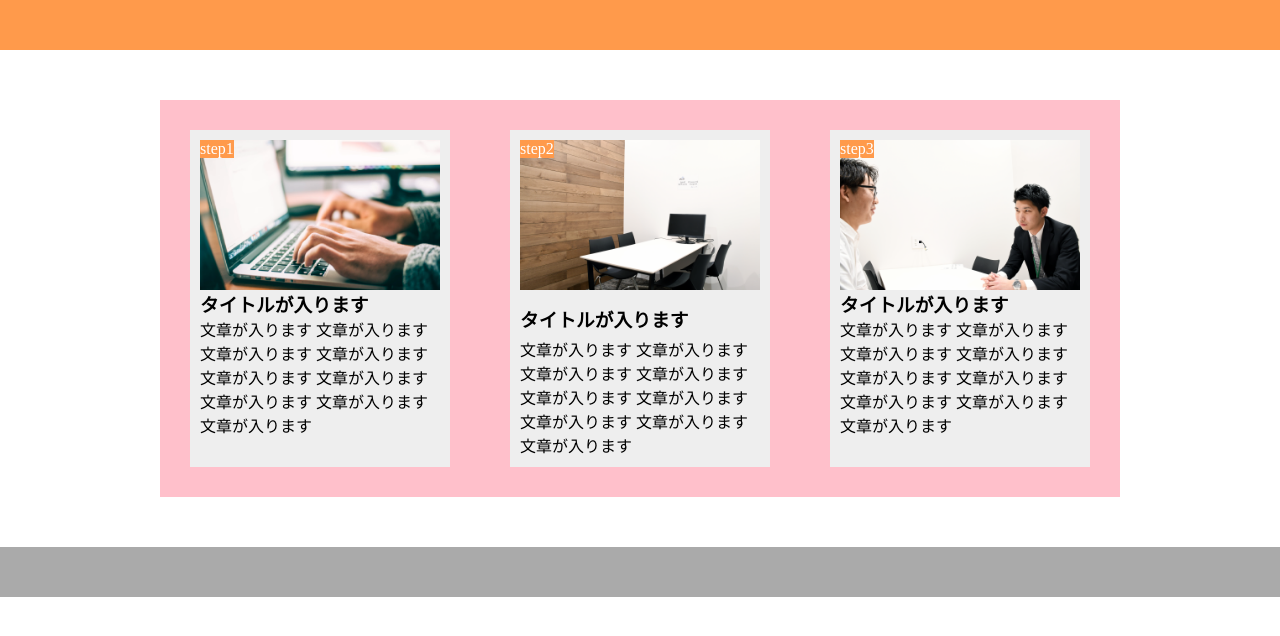
Repository: shizuki-okuma/dmm-webcamp
Page: chapter9_exercise/chapter9_exercise.html
The author's editor kept a record of every edit. The page is drawn from the files as they stood at one moment, then again after the next edit.
The browser window is 1280 px wide. The pictures show the whole page.

Above is the page before.

### chapter9_exercise/chapter9_exercise.html
<!DOCTYPE html>
<html lang="ja">
  <head>
    <meta charset="UTF-8" />
    <!-- CSSファイルの読み込み -->
    <link rel="stylesheet" href="style9.css" />
    <title>chapter9_exercise</title>
  </head>

  <body>
    <div class="header"></div>
    <div class="main-visual">
      <div class="main-box1">
        <span class="icon">step1</span>
        <div class="image1"></div>
        <h3>タイトルが入ります</h3>
        <p>文章が入ります 文章が入ります 文章が入ります 文章が入ります 文章が入ります 文章が入ります 文章が入ります 文章が入ります 文章が入ります</p>
      </div>

      <div class="main-box2">
        <span class="icon">step2</span>
        <div class="image2"></div>
        <h3 class="heading">タイトルが入ります</h3>
        <p>文章が入ります 文章が入ります 文章が入ります 文章が入ります 文章が入ります 文章が入ります 文章が入ります 文章が入ります 文章が入ります</p>
      </div>

      <div class="main-box3">
        <span class="icon">step3</span>
        <div class="image3"></div>
        <h3>タイトルが入ります</h3>
        <p>文章が入ります 文章が入ります 文章が入ります 文章が入ります 文章が入ります 文章が入ります 文章が入ります 文章が入ります 文章が入ります</p>
      </div>
    </div>
    <footer>

    </footer>

  </body>
</html>

### chapter9_exercise/style9.css
* {
  margin: 0;
  padding: 0;
  box-sizing: border-box;
}

.header {
  background-color: #FF9A4B;
  height: 50px;
}
.main-visual {
  width: 960px;
  background-color: pink;
  display: flex;
  justify-content: center;
  margin: 50px auto;
}

.icon {
  background-color: #FF9A4B;
  display: inline-block;
  color: white;
  position: absolute;
}
.heading {
  margin-top: 15px;
  margin-bottom: 5px;
}
.main-box1 {
  width: 300px;
  background-color: #EEEEEE;
  margin: 30px;
  padding: 10px;
}
.image1 {
  background-image: url(img/flow01.png);
  background-size: cover;
  background-position: center;
  height: 150px;
}
.main-box2 {
  width: 300px;
  background-color: #EEEEEE;
  margin: 30px;
  padding: 10px;
}
.image2 {
  background-image: url(img/flow02.png);
  background-size: cover;
  background-position: center;
  height: 150px;
}
.main-box3 {
  width: 300px;
  background-color: #EEEEEE;
  margin: 30px;
  padding: 10px;
}

.image3 {
  height: 150px;
  background-image: url(img/flow03.png);
  background-size: cover;
  background-position: center;

}
footer {
  background-color: #AAAAAA;
  height: 50px;
}

After the next edit:
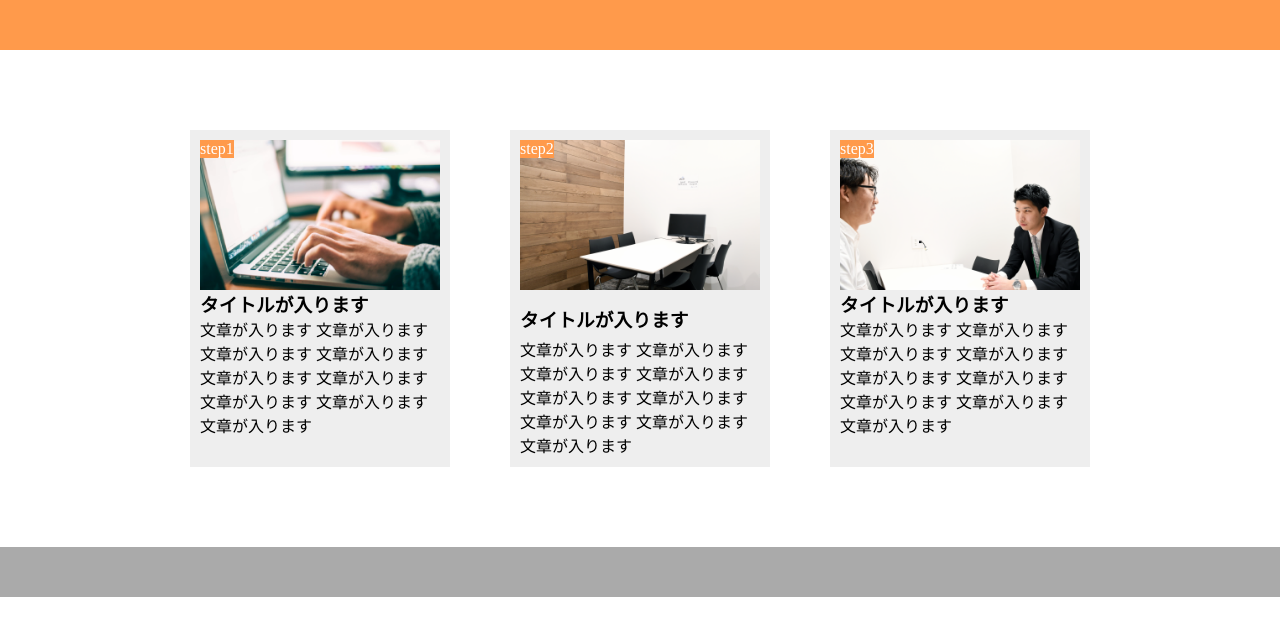
The edit:
--- a/chapter9_exercise/style9.css
+++ b/chapter9_exercise/style9.css
@@ -10,9 +10,7 @@
 }
 .main-visual {
   width: 960px;
-  background-color: pink;
   display: flex;
-  justify-content: center;
   margin: 50px auto;
 }
 
